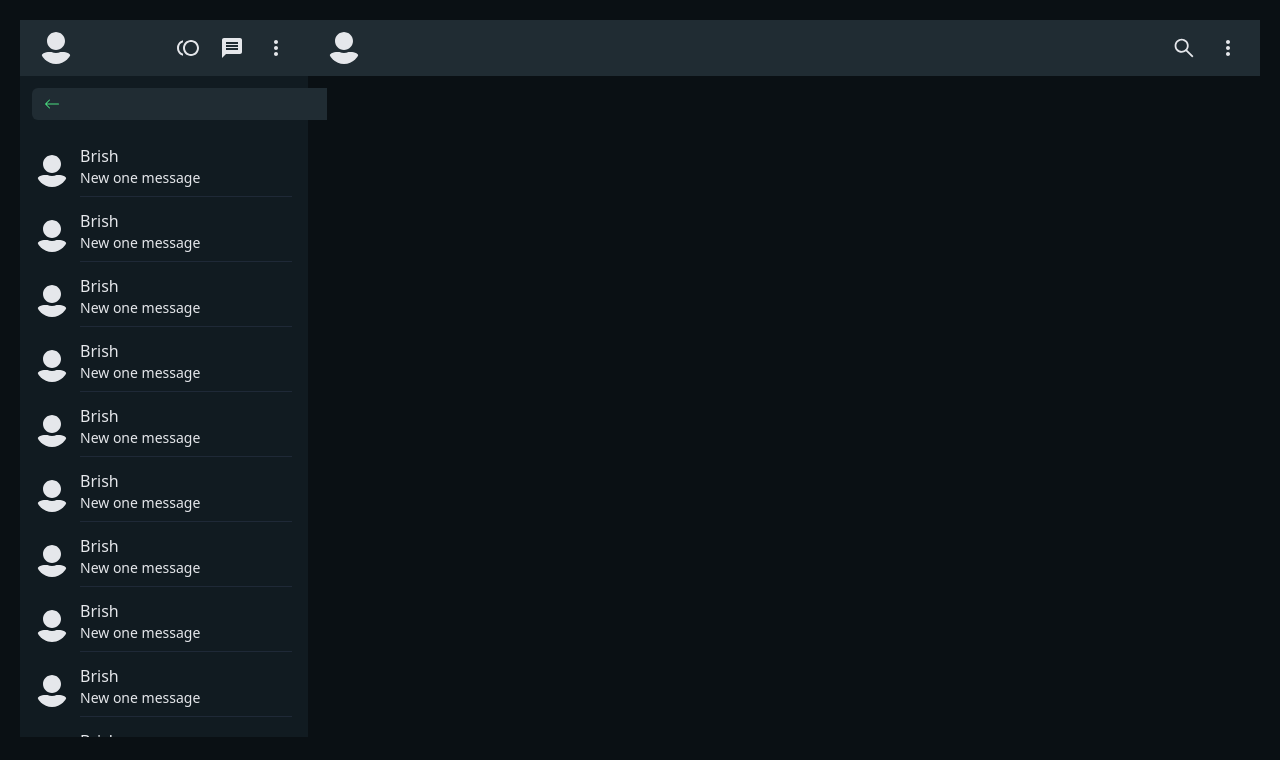
Repository: satya-ranjon/whatsapp-clone-dev
Page: /
The author's editor kept a copy of each file at every save. The page is drawn from the files as they stood at one save, then again after the next save.
The browser window is 1280 px wide. The pictures show the whole page.
The project was rebuilt for these pictures with package versions that can differ from the ones it lists, and the page was loaded fresh each time.

Above is the page before, as saved 2022-04-09 20:48:18.

After the next save:
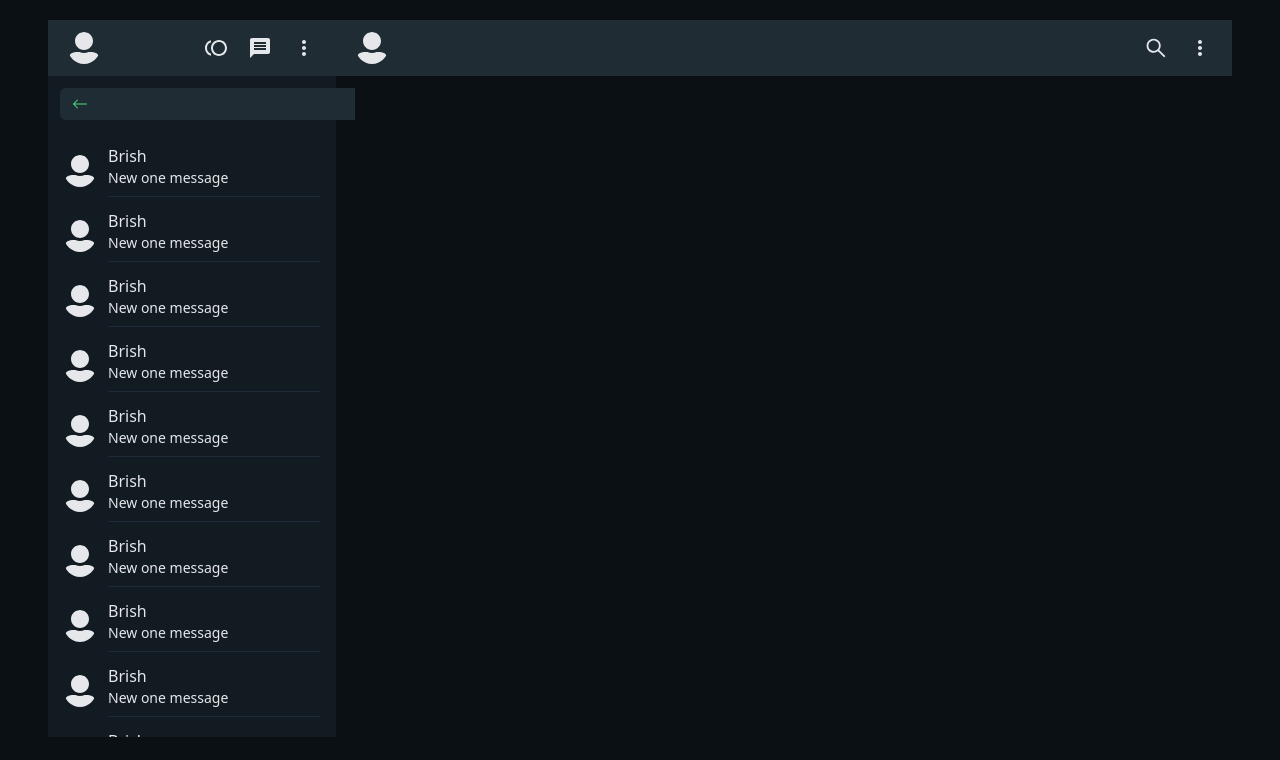
Saved 4 s later.
--- a/src/App.js
+++ b/src/App.js
@@ -3,7 +3,7 @@ import SideBar from "./Components/SideBar";
 
 function App() {
   return (
-    <div className="lg:p-5 lg:px- bg-[#0a1014] flex">
+    <div className="lg:p-5 lg:px-12 bg-[#0a1014] flex">
       <SideBar />
       <ChatContainer />
     </div>
